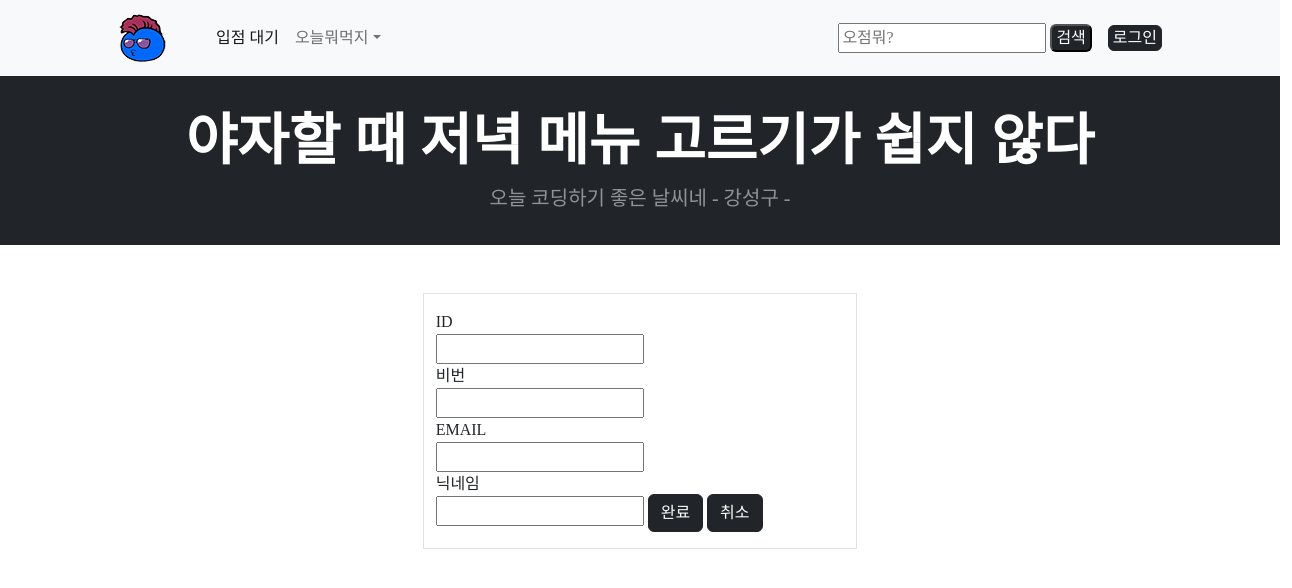
Repository: ashwan94/ydzone
Page: http://localhost/YonduZone/signUp
These files come from the project's save history. The page is drawn as it stood at one moment and after the next save; the edit follows.
The browser window is 1280 px wide. The page is 1292 px wide, so the pictures cover 1292 px, including what lies to the right of the window. The pictures show the whole page.
Some web fonts or font styles are not loaded; a fallback is used. The page is served by Tomcat 9. Other server files are loaded and not shown.

Above is the page before, as saved 2024-05-01 11:32:54.

### YonduZone/src/main/webapp/WEB-INF/views/common/signUp.jsp
<%@ page language="java" contentType="text/html; charset=UTF-8"
	pageEncoding="UTF-8"%>
<jsp:include page="/WEB-INF/views/common/header.jsp">
	<jsp:param value="회원가입" name="title" />
	<jsp:param value="야자할 때 저녁 메뉴 고르기가 쉽지 않다" name="center" />
	<jsp:param value="오늘 코딩하기 좋은 날씨네 - 강성구 -" name="content" />
</jsp:include>

<div class="row my-5">
	<div class="col-4"></div>
	<div class="col-4 border py-3">
		<form action="/signUp" method="post" id="signUpForm">
			<label>
				<div>ID</div>
				<input type="text" name="id">
			</label>
			<label>
				<div>비번</div>
				<input type="password" name="pw">
			</label>
			<label>
				<div>EMAIL</div>
				<input type="email" name="email">
			</label>
			<label>
				<div>닉네임</div>
				<input type="text" name="nickName">
			</label>
			<input type="hidden" value="${msg }" id="msg">
			<button type="submit" id="submitBtn" class="btn btn-dark">완료</button>
			<button type="button" id="backBtn" class="btn btn-dark">취소</button>
		</form>
	</div>
	<div class="col-4"></div>
</div>

<script src="https://cdn.jsdelivr.net/npm/bootstrap@5.3.3/dist/js/bootstrap.bundle.min.js"></script>
<script src="/Bootstrap/js/scripts.js"></script>

<script>
	const msgEl = document.querySelector("#msg");
	if(msgEl.value != ""){
		alert(msgEl.value);
	}

	const submitBtn = document.querySelector("#submitBtn");
	const backBtn = document.querySelector("#backBtn");

	submitBtn.addEventListener("click", function(e) {
		e.preventDefault();

		const idEl = document.querySelector("[name='id']");
		const pwEl = document.querySelector("[name='pw']");
		const emailEl = document.querySelector("[name='email']");
		const nickNameEl = document.querySelector("[name='nickName']");

		if(idEl.value == "" || pwEl.value == "" || emailEl.value == "" || nickNameEl.value == "") {
			alert("누락된 정보가 있습니다.");
		}else{
			const form = document.querySelector("#signUpForm");
			form.submit();
		}
	})

	backBtn.addEventListener("click", function() {
		history.back();
	});


</script>

### YonduZone/src/main/webapp/WEB-INF/views/common/header.jsp
<%@ page language="java" contentType="text/html; charset=UTF-8"
	pageEncoding="UTF-8"%>
<%@ taglib prefix="c" uri="http://java.sun.com/jsp/jstl/core"%>
<!DOCTYPE html>
<html lang="en">
<head>
<meta charset="UTF-8">
<meta name="viewport"
	content="width=device-width, initial-scale=1, shrink-to-fit=no" />
<meta name="description" content="" />
<meta name="author" content="" />
<!-- Favicon-->
<link rel="icon" type="image/x-icon" href="assets/favicon.ico" />
<!-- Bootstrap icons-->
<link
	href="https://cdn.jsdelivr.net/npm/bootstrap-icons@1.5.0/font/bootstrap-icons.css"
	rel="stylesheet" />
<!-- Core theme CSS (includes Bootstrap)-->
<link href="/Bootstrap/css/styles.css" rel="stylesheet" />
<title>${param.title }</title>
<style>
	a{
		text-decoration:none;
		color:black;
	}
	a:hover{
		color:rgb(57, 151, 255);
	}

	@font-face {
    font-family: 'SUIT-Regular';
    src: url('https://cdn.jsdelivr.net/gh/projectnoonnu/noonfonts_suit@1.0/SUIT-Regular.woff2') format('woff2');
    font-weight: normal;
    font-style: normal;
	}

	* {
		font-family: 'SUIT-Regular';
	}
</style>

</head>
<body>
	<header>
		<nav class="navbar navbar-expand-lg navbar-light bg-light">
			<div class="container px-4 px-lg-5">
				<a class="navbar-brand" href="/main"><img src="${pageContext.request.contextPath }/Source/header/logo/main_logo.png" alt="Welcome to YouduZone!"></a>
				<button class="navbar-toggler" type="button" data-bs-toggle="collapse" data-bs-target="#navbarSupportedContent" aria-controls="navbarSupportedContent" aria-expanded="false" aria-label="Toggle navigation">
					<span class="navbar-toggler-icon"></span>
				</button>
				<div class="collapse navbar-collapse" id="navbarSupportedContent">
					<ul class="navbar-nav me-auto mb-2 mb-lg-0 ms-lg-4">
						<li class="nav-item">
							<a class="nav-link active" aria-current="page" href="/restaurant/stanby?userNo=${sessionScope.user.no }" data-value="${sessionScope.user.no }" id="stanbyRestaurant">입점 대기</a>
						</li>
						<li class="nav-item dropdown">
                            <a class="nav-link dropdown-toggle" id="navbarDropdown" href="#" role="button" data-bs-toggle="dropdown" aria-expanded="false">오늘뭐먹지</a>
                            <ul class="dropdown-menu text-center" aria-labelledby="navbarDropdown">
                                <li><a class="dropdown-item" href="/restaurant/category?category=밥">밥</a></li>
                                <li><a class="dropdown-item" href="/restaurant/category?category=국/찌개">국/찌개</a></li>
                                <li><a class="dropdown-item" href="/restaurant/category?category=면/분식">면/분식</a></li>
                                <li><a class="dropdown-item" href="/restaurant/category?category=야식">야식</a></li>
                            </ul>
                        </li>
					</ul>

					<form action="/restaurant/search" method="get" class="d-flex">
						<label>
							<input type="text" name="searchWord" placeholder="오점뭐?" id="searchBar">
							<button type="submit" class="badge bg-dark text-white fs-6 rounded-25 p-1 fw-normal me-3">검색</button>
						</label>
					</form>
					<c:choose>
						<c:when test="${not empty sessionScope.user }">
							<a href="/restaurant/add" class="badge d-flex bg-dark text-white mx-2 p-1 rounded-25 fs-6 fw-normal">밥집 추가</a>
							<a href="/user/view"><span class="badge bg-dark text-white p-1 rounded-25 fs-6 fw-normal me-2">${sessionScope.user.nickName } 님</span></a>
							<form action="/logout" method="get">
								<button type="submit" class="d-flex badge bg-dark text-white p-1 rounded-25 fs-6 fw-normal">로그아웃</button>
							</form>
						</c:when>
						<c:otherwise>
							<form action="/login" method="get" class="d-flex">
								<button type="submit" class="badge btn btn-outline-dark bg-dark text-white p-1 rounded-25 fs-6 fw-normal">로그인</button>
							</form>
							<input type="hidden" id="loginCheck" value="${empty sessionScope.user }">
						</c:otherwise>
					</c:choose>
				</div>
			</div>
		</nav>
		<div class="container-fluid bg-dark p-3">
			<div class="text-center text-white my-3">
				<h1 class="display-4 fw-bolder">${param.center }</h1>
				<p class="lead fw-normal text-white-50 mb-0">${param.content }</p>
			</div>
		</div>
	</header>

### YonduZone/src/main/java/common/SignUpServlet.java
package common;

import java.io.IOException;
import java.net.URLEncoder;

import javax.servlet.ServletContext;
import javax.servlet.ServletException;
import javax.servlet.annotation.WebServlet;
import javax.servlet.http.HttpServlet;
import javax.servlet.http.HttpServletRequest;
import javax.servlet.http.HttpServletResponse;

import org.apache.ibatis.session.SqlSession;

import user.UserService;
import user.UserVO;

/**
 * Servlet implementation class SignUpServlet
 */
@WebServlet("/signUp")
public class SignUpServlet extends HttpServlet {
	private UserService service;

	@Override
		public void init() throws ServletException {
			ServletContext servletContext = getServletContext();
			SqlSession session = (SqlSession) servletContext.getAttribute("sqlSession");
			this.service = new UserService(session);
		}

	protected void doGet(HttpServletRequest request, HttpServletResponse response) throws ServletException, IOException {
		request.getRequestDispatcher("/WEB-INF/views/common/signUp.jsp").forward(request, response);
	}

	protected void doPost(HttpServletRequest request, HttpServletResponse response) throws ServletException, IOException {
		String id = request.getParameter("id");
		String pw = request.getParameter("pw");
		String email = request.getParameter("email");
		String nickName = request.getParameter("nickName");

		UserVO checkUser = service.getUser(new UserVO(id, pw));

		if(checkUser == null) {
			int insertUser = service.insertUser(new UserVO(id, pw, email, nickName));

			if(insertUser > 0) {
				String msg = URLEncoder.encode("회원가입이 완료되었습니다!", "UTF-8");
				response.sendRedirect("/login?msg=" + msg);
			}

		}else {
			request.setAttribute("msg", "이미 존재하는 계정입니다.");
			request.getRequestDispatcher("/WEB-INF/views/common/signUp.jsp").forward(request, response);
		}


	}

}

Loaded but not shown: YonduZone/src/main/webapp/Bootstrap/css/styles.css (library); YonduZone/src/main/webapp/Bootstrap/js/scripts.js (common file)

After the next save:
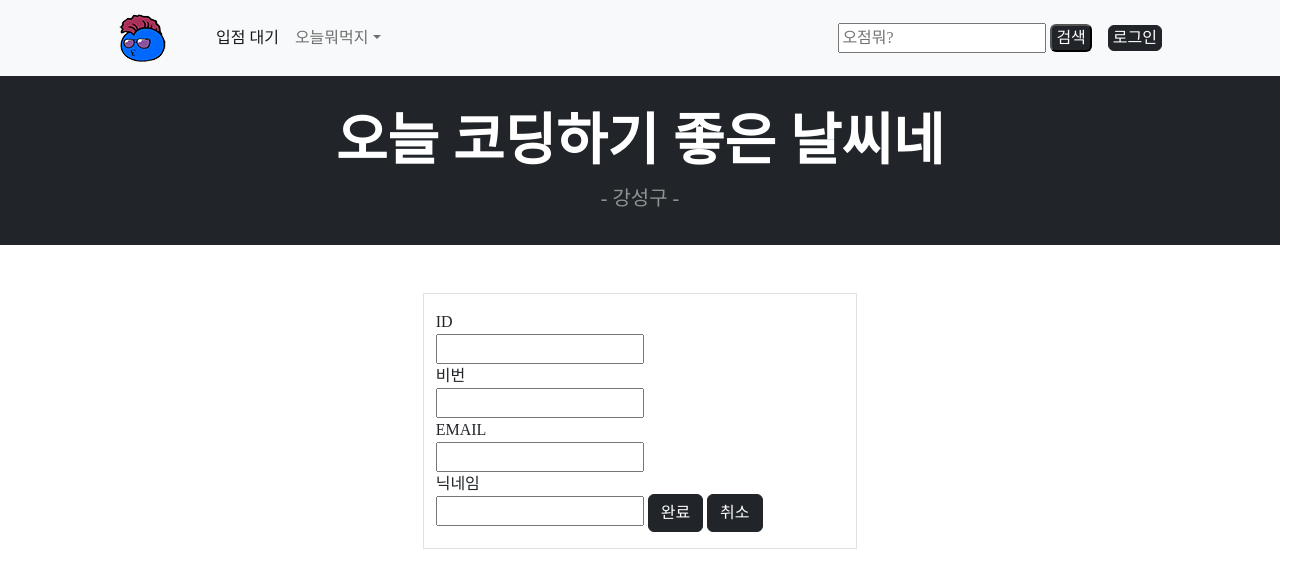
Saved 9 s later.
--- a/YonduZone/src/main/webapp/WEB-INF/views/common/signUp.jsp
+++ b/YonduZone/src/main/webapp/WEB-INF/views/common/signUp.jsp
@@ -2,8 +2,8 @@
 	pageEncoding="UTF-8"%>
 <jsp:include page="/WEB-INF/views/common/header.jsp">
 	<jsp:param value="회원가입" name="title" />
-	<jsp:param value="야자할 때 저녁 메뉴 고르기가 쉽지 않다" name="center" />
-	<jsp:param value="오늘 코딩하기 좋은 날씨네 - 강성구 -" name="content" />
+	<jsp:param value="오늘 코딩하기 좋은 날씨네" name="center" />
+	<jsp:param value="- 강성구 -" name="content" />
 </jsp:include>
 
 <div class="row my-5">
